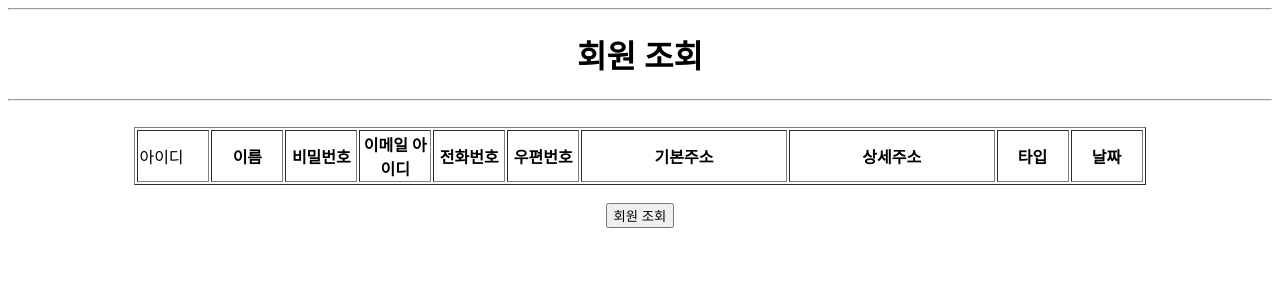
Repository: skim24245/web_workspace_src
Page: http://localhost/Mission-Web/jsp/member/memberlist.jsp
An editor plug-in stored every save of this project. The page is shown before and after the next save, followed by the edit.
The browser window is 1280 px wide. The pictures show the whole page.
The page is served by Tomcat 9. Other server files are loaded and not shown. Queries for data that is not in the repository find no rows.

Above is the page before, as saved 2022-06-09 06:45:59.

### Mission-Web/src/main/webapp/jsp/member/memberlist.jsp

<%@page import="kr.ac.kopo.member.vo.MemberVO"%>
<%@page import="java.util.List"%>
<%@page import="kr.ac.kopo.member.dao.MemberDAO"%>
<%@page import="kr.ac.kopo.util.JDBCClose"%>
<%@page import="java.sql.ResultSet"%>
<%@page import="java.sql.PreparedStatement"%>
<%@page import="java.sql.Connection"%>
<%@page import="kr.ac.kopo.util.ConnectionFactory"%>
<%@ page language="java" contentType="text/html; charset=UTF-8"
	pageEncoding="UTF-8"%>
<%@taglib prefix="c" uri="http://java.sun.com/jsp/jstl/core" %>

<%--
작업 순서
1. t_member 테이블에서 전체게시글 조회
2. 조회된 게시물을 하나씩 웹브라우저 출력
--%>


<%
MemberDAO dao = new MemberDAO();
List<MemberVO> list = dao.selectAll();
pageContext.setAttribute("list",list);
%>



<!DOCTYPE html>
<html>
<head>
<meta charset="UTF-8">
<title>회원 조회</title>
<script src="/Mission-Web/resource/js/jquery-3.6.0.min.js"></script>
<script>
</script>
</head>
<!-- http://localhost9999/Mission-Web/jsp/board/list.jsp -->
<body>

	<div align="center">
		<hr>
		<h1>회원 조회</h1>
		<hr>
		<br>
		<table border="1" style="width: 80%">
			<tr>
				<td width="7%">아이디</td>
				<th width="7%">이름</th>
				<th width="7%">비밀번호</th>
				<th width="7%">이메일 아이디</th>
				<th width="7%">전화번호</th>
				<th width="7%">우편번호</th>
				<th width="20%">기본주소</th>
				<th width="20%">상세주소</th>
				<th width="7%">타입</th>
				<th width="7%">날짜</th>
			</tr>

			<c:forEach items="${list}" var="member">
			<tr>
			<td><c:out value="${member.id}"/></td>
			<td><c:out value="${member.name }"/></td>
			<td><c:out value="${member.password }"/></td>
			<td><c:out value="${member.email_id }"/></td>
			<td><c:out value="${member.tel1}- ${member.tel2}-${member.tel3}"/></td>
			<td><c:out value="${member.post}"/></td>
			<td><c:out value="${member.basic_addr }"/></td>
			<td><c:out value="${member.detail_addr }"/></td>
			<td><c:out value="${member.type}"/></td>
			<td><c:out value="${member.reg_date}"/></td>
			</tr>

			</c:forEach>


		</table>
		<br>
		<button id="addBtn">회원 조회</button>

	</div>


</body>
</html>

### Mission-Web/src/main/java/kr/ac/kopo/member/dao/MemberDAO.java
package kr.ac.kopo.member.dao;

import java.sql.Connection;
import java.sql.PreparedStatement;
import java.sql.ResultSet;
import java.util.ArrayList;
import java.util.List;
import kr.ac.kopo.member.vo.MemberVO;
import kr.ac.kopo.util.ConnectionFactory;
import kr.ac.kopo.util.JDBCClose;

public class MemberDAO {



	//회원 조회
	public List<MemberVO> selectAll(){

		List<MemberVO> list = new ArrayList<MemberVO>();
		Connection conn = null;
		PreparedStatement pstmt = null;


	try {
		conn = new ConnectionFactory().getConnection();
		StringBuilder sql = new StringBuilder();
		sql.append("SELECT ID, NAME , PASSWORD, EMAIL_ID, TEL1,TEL2,TEL3,POST,BASIC_ADDR,DETAIL_ADDR, TYPE, TO_CHAR(reg_date, 'yyyy-mm-dd')as reg_date ");
		sql.append(" from T_MEMBER ");
		sql.append(" order by ID desc");
		pstmt = conn.prepareStatement(sql.toString());

		ResultSet rs = pstmt.executeQuery();


		while(rs.next()){
			String id = rs.getString("ID");
			String name = rs.getString("NAME");
			String password =rs.getString("PASSWORD");
			String email_id =rs.getString("EMAIL_ID");
			String tel1 = rs.getString("TEL1");
			String tel2 =rs.getString("TEL2");
			String tel3 =rs.getString("TEL3");
			String post =rs.getString("POST");
			String basic_addr =rs.getString("BASIC_ADDR");
			String detail_addr=rs.getString("DETAIL_ADDR");
			String type=rs.getString("TYPE");
			String reg_date = rs.getString("reg_date");


			MemberVO member = new MemberVO();
			member.setId(id);
			member.setName(name);
			member.setPassword(password);
			member.setEmail_id(email_id);
			member.setTel1(tel1);
			member.setTel2(tel2);
			member.setTel3(tel3);
			member.setPost(post);
			member.setBasic_addr(basic_addr);
			member.setDetail_addr(detail_addr);
			member.setType(type);
			member.setReg_date(reg_date); //


	list.add(member);
	}
	}catch(Exception e) {
		e.printStackTrace();
	}finally {
		JDBCClose.close(pstmt, conn);
	}
	return list;
	}


	}

### Mission-Web/src/main/java/kr/ac/kopo/util/ConnectionFactory.java
package kr.ac.kopo.util;

import java.sql.Connection;
import java.sql.DriverManager;

public class ConnectionFactory {

	public Connection getConnection() {

			Connection conn = null;

			try {
				Class.forName("oracle.jdbc.driver.OracleDriver");

				String url = "jdbc:oracle:thin:@192.168.119.119:1521:dink";
				String user = "scott";
				String password = "tiger";

				conn = DriverManager.getConnection(url, user, password);
			} catch (Exception e) {
				e.printStackTrace();
			}

			return conn;
		}
	}

### Mission-Web/src/main/java/kr/ac/kopo/util/JDBCClose.java
package kr.ac.kopo.util;

import java.sql.Connection;
import java.sql.SQLException;
import java.sql.Statement;

public class JDBCClose {

	public static void close(Statement stmt, Connection conn) {
		if (stmt != null) {
			try {
				stmt.close();
			} catch (SQLException e) {
				e.printStackTrace();
			}
		}
		if (conn != null) {
			try {
				conn.close();
			} catch (SQLException e) {
				e.printStackTrace();
			}
		}
	}
}

Loaded but not shown: Mission-Web/src/main/webapp/resource/js/jquery-3.6.0.min.js (library)

After the next save:
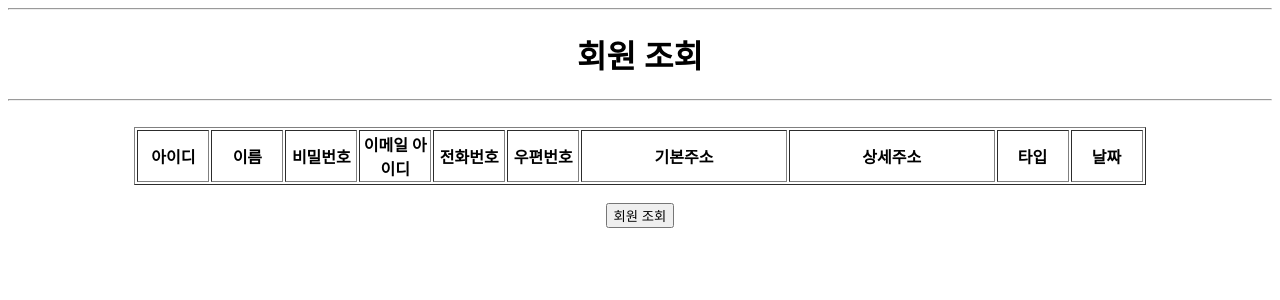
Saved 62 s later.
--- a/Mission-Web/src/main/webapp/jsp/member/memberlist.jsp
+++ b/Mission-Web/src/main/webapp/jsp/member/memberlist.jsp
@@ -45,7 +45,7 @@ pageContext.setAttribute("list",list);
 		<br>
 		<table border="1" style="width: 80%">
 			<tr>
-				<td width="7%">아이디</td>
+				<th width="7%">아이디</td>
 				<th width="7%">이름</th>
 				<th width="7%">비밀번호</th>
 				<th width="7%">이메일 아이디</th>
